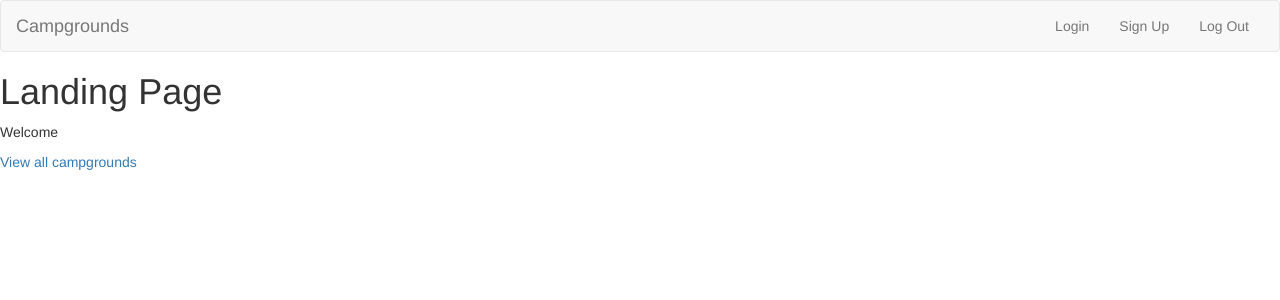
Repository: pichu0528/Web-Development
Page: http://localhost/
The author's editor kept a record of every edit. The page is drawn from the files as they stood at one moment, then again after the next edit.
The browser window is 1280 px wide. The pictures show the whole page.
The page is served by the project's Node server (YelpCamp/v6/app.js).

Above is the page before.
Console error (its wording comes from the project's code and is left out).

After the next edit:
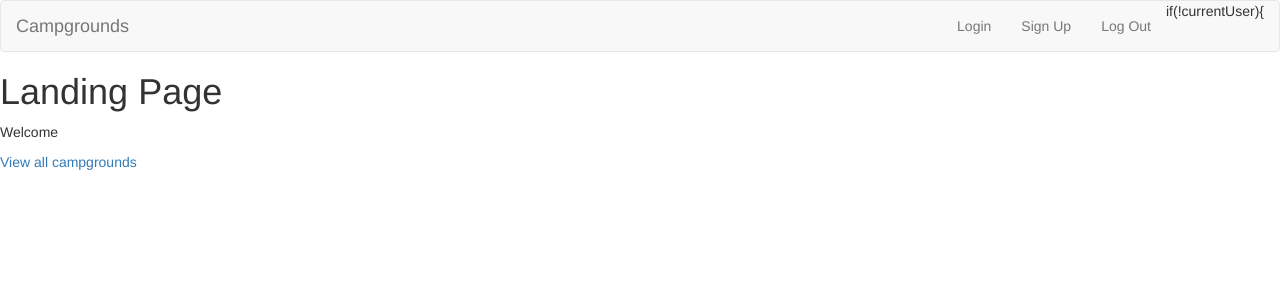
The edit:
--- a/YelpCamp/v6/views/partials/header.ejs
+++ b/YelpCamp/v6/views/partials/header.ejs
@@ -15,6 +15,7 @@
                 <div class="collapse navbar-collapse">
                     <ul class="nav navbar-nav navbar-right">
                         <!--if no user-->
+                        if(!currentUser){
                             <li><a href="/login">Login</a></li>
                             <li><a href="/register">Sign Up</a></li>
                         <!--else-->
